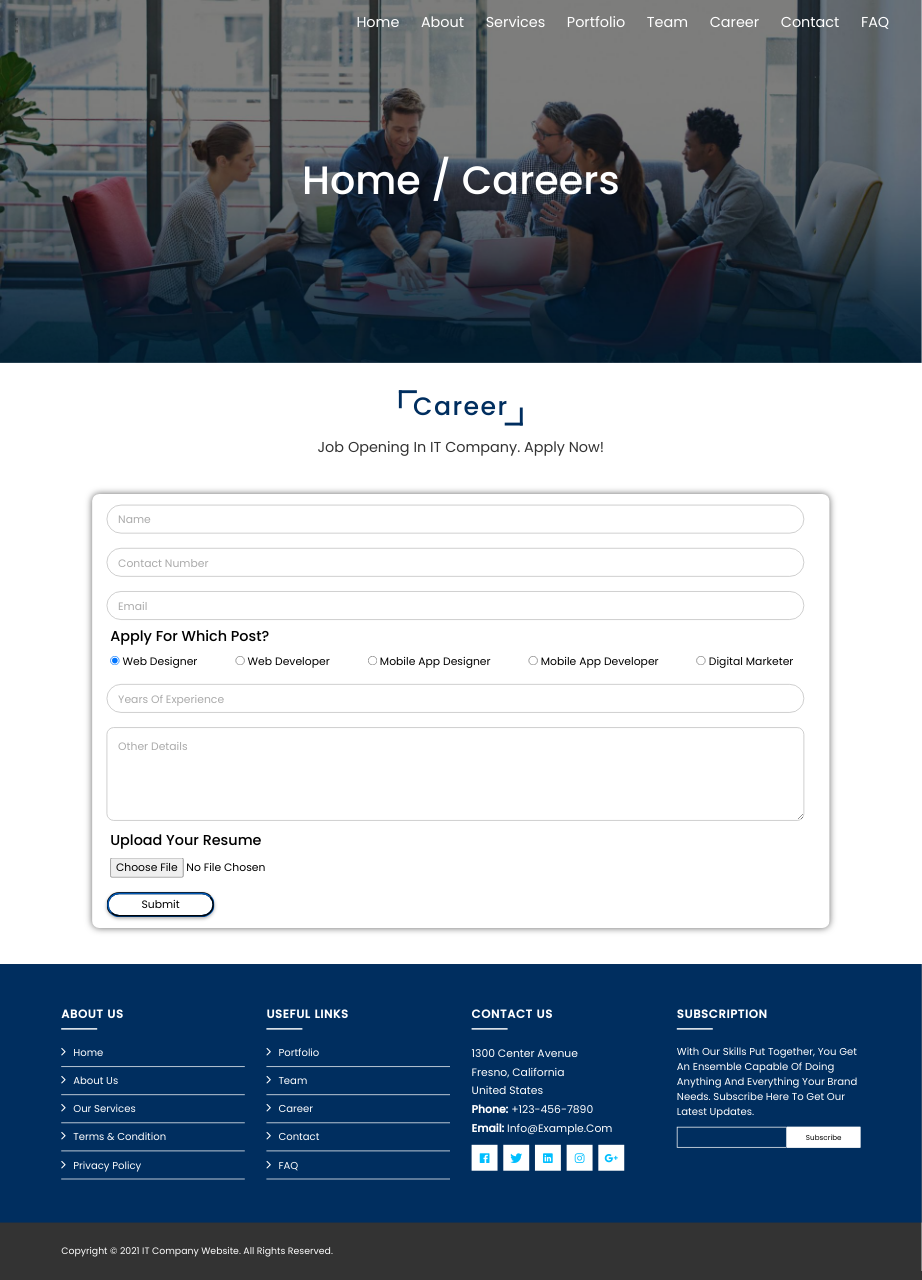
Repository: notyourclose/IT-Company-Website
Page: careers.html
An editor plug-in stored every save of this project. The page is shown before and after a run of saves, followed by the edit.
The browser window is 1280 px wide. The pictures show the whole page, at 72% of full size.

Above is the page before, as saved 2025-11-09 15:11:17.

### careers.html
<!DOCTYPE html>
<html lang="en">
<head>
    <meta charset="UTF-8">
    <meta http-equiv="X-UA-Compatible" content="IE=edge">
    <meta name="viewport" content="width=device-width, initial-scale=1.0">
    <title>IT Company Website</title>
    <link rel="stylesheet" href="./css/careers.css">
    <link rel="stylesheet" href="https://cdnjs.cloudflare.com/ajax/libs/font-awesome/5.15.3/css/all.min.css">
    <script src="https://cdnjs.cloudflare.com/ajax/libs/jquery/3.6.0/jquery.min.js"></script>
    <link rel="icon" href="./images/image.png">
    <link rel="stylesheet" href="https://cdnjs.cloudflare.com/ajax/libs/twitter-bootstrap/4.1.3/css/bootstrap.min.css">
    <link rel="stylesheet" href="https://cdnjs.cloudflare.com/ajax/libs/ionicons/2.0.1/css/ionicons.min.css">
    <link rel="stylesheet" href="https://cdn.jsdelivr.net/npm/bootstrap@4.5.3/dist/css/bootstrap.min.css" integrity="sha384-TX8t27EcRE3e/ihU7zmQxVncDAy5uIKz4rEkgIXeMed4M0jlfIDPvg6uqKI2xXr2" crossorigin="anonymous">
    <link rel="stylesheet" href="https://stackpath.bootstrapcdn.com/font-awesome/4.7.0/css/font-awesome.min.css" integrity="sha384-wvfXpqpZZVQGK6TAh5PVlGOfQNHSoD2xbE+QkPxCAFlNEevoEH3Sl0sibVcOQVnN" crossorigin="anonymous">
    <link href="lib/bootstrap/css/bootstrap.min.css" rel="stylesheet">
    <link href="lib/ionicons/css/ionicons.min.css" rel="stylesheet">
    <link href="lib/owlcarousel/assets/owl.carousel.min.css" rel="stylesheet">
    <link href="lib/lightbox/css/lightbox.min.css" rel="stylesheet">
    <script src="./js/main.js"></script>
</head>
<body>
    <header class="header">
        <a href="#" class="logo"><img src="./images/image.png" alt=""></a>
        <div class="fas fa-bars"></div>
        <nav class="navbar">
            <ul>
                <li><a href="index.html#home">home</a></li>
                <li><a href="index.html#about">about</a></li>
                <li><a href="index.html#service">services</a></li>
                <li><a href="index.html#portfolio">portfolio</a></li>
                <li><a href="index.html#team">team</a></li>
                <li><a href="careers.html">career</a></li>
                <li><a href="index.html#contact">contact</a></li>
                <li><a href="index.html#faq">FAQ</a></li>
            </ul>
        </nav>
    </header>

    <section id="home" class="home">
        <h2>Home / Careers</h2>
    </section>

    <section id="career-heading" class="career-heading">
        <h1 class="heading">Career</h1>
        <p>Job Opening in IT Company. Apply Now!</p>
    </section>
    <div class="career">
        <div class="career-form">
            <form action="./careers.php" method="POST" enctype="multipart/form-data">
                <input type="text" name="name" placeholder="Name" class="career-form-txt" required>
                <input type="tel" id="phone" name="phone" pattern="[0-9]{10}" required placeholder="Contact number" maxlength="10" class="career-form-phone">
                <input type="email" name="email" placeholder="Email" class="career-form-email" required>
                <div class="radio-class">
                    <h2 class="name">Apply For Which Post?</h2>
                <label class="radio">
                  <input class="radio-one" type="radio" checked="checked" name="status" value="Web Designer">
                  <span class="checkmark"></span>
                  Web Designer
                </label>
                <label class="radio">
                  <input class="radio-two" type="radio" name="status" value="Web Developer">
                  <span class="checkmark"></span>
                  Web Developer
                </label>
                <label class="radio">
                  <input class="radio-three" type="radio" name="status" value="Mobile App Designer">
                  <span class="checkmark"></span>
                  Mobile App Designer
                </label>
                <label class="radio">
                    <input class="radio-four" type="radio" name="status" value="Mobile App Developer">
                    <span class="checkmark"></span>
                    Mobile App Developer
                  </label>
                <label class="radio">
                  <input class="radio-five" type="radio"  name="status" value="Digital Marketer">
                  <span class="checkmark"></span>
                  Digital Marketer
                </label>
                </div>
                <input type="number" id="experience" name="experience" required placeholder="Years of Experience" class="career-form-experience">
                <textarea placeholder="Other Details" name="details" class="career-form-txtarea" required></textarea>
                <div class="file">
                    <h2 class="name">Upload Your Resume</h2>
                    <input class="upload" type="file" name="fileToUpload" accept=".doc,.docx,.pdf"><br><br><br>
                </div>
                <input type="submit" value="Submit" name="submit" class="career-form-btn">
            </form>
        </div>
    </div>

      <div class="footer">
        <div class="footer-top">
            <div class="container">
                <div class="row">
                    <div class="col-lg-3 col-md-6 footer-links">
                        <h4>About Us</h4>
                        <ul>
                            <li><i class="ion-ios-arrow-forward"></i> <a href="index.html#home">Home</a></li>
                            <li><i class="ion-ios-arrow-forward"></i> <a href="index.html#about">About us</a></li>
                            <li><i class="ion-ios-arrow-forward"></i> <a href="index.html#service">Our services</a></li>
                            <li><i class="ion-ios-arrow-forward"></i> <a href="index.html#home">Terms & condition</a></li>
                            <li><i class="ion-ios-arrow-forward"></i> <a href="index.html#home">Privacy policy</a></li>
                        </ul>
                    </div>

                    <div class="col-lg-3 col-md-6 footer-links">
                        <h4>Useful Links</h4>
                        <ul>
                            <li><i class="ion-ios-arrow-forward"></i> <a href="index.html#portfolio">Portfolio</a></li>
                            <li><i class="ion-ios-arrow-forward"></i> <a href="index.html#team">Team</a></li>
                            <li><i class="ion-ios-arrow-forward"></i> <a href="careers.html">Career</a></li>
                            <li><i class="ion-ios-arrow-forward"></i> <a href="index.html#contact">Contact</a></li>
                            <li><i class="ion-ios-arrow-forward"></i> <a href="index.html#faq">FAQ</a></li>
                        </ul>
                    </div>

                    <div class="col-lg-3 col-md-6 footer-contact" style="font-size: 1.5rem;">
                        <h4>Contact Us</h4>
                        <p>
                            1300  Center Avenue<br>
                            Fresno, California<br>
                            United States <br>
                            <strong>Phone:</strong> +123-456-7890<br>
                            <strong>Email:</strong> info@example.com<br>
                        </p>

                        <div class="social-links">
                            <a href="https://www.facebook.com/"><i class="ion-logo-facebook"></i></a>
                            <a href="https://twitter.com/login?lang=en"><i class="ion-logo-twitter"></i></a>
                            <a href="https://www.linkedin.com/"><i class="ion-logo-linkedin"></i></a>
                            <a href="https://www.instagram.com/"><i class="ion-logo-instagram"></i></a>
                            <a href="https://accounts.google.com/servicelogin/signinchooser?flowName=GlifWebSignIn&flowEntry=ServiceLogin"><i class="ion-logo-googleplus"></i></a>
                        </div>

                    </div>

                    <div class="col-lg-3 col-md-6 footer-newsletter">
                        <h4>Subscription</h4>
                        <p>With Our Skills Put Together, You Get An Ensemble Capable Of Doing Anything And Everything Your Brand Needs. Subscribe Here To Get Our Latest Updates.</p>
                        <form action="" method="post">
                            <input type="email" name="email"><input type="submit"  value="Subscribe">
                        </form>
                    </div>

                </div>
            </div>
        </div>

        <div class="container">
            <div class="row align-items-center">
                <div class="col-md-6 copyright" style="color: #fff; font-size: 1.3rem;">
                    Copyright &copy; 2021 IT Company Website. All Rights Reserved.
                </div>
            </div>
        </div>
    </div>

    <a href="#" class="back-to-top"><i class="ion-ios-arrow-up"></i></a>

    <script src="lib/jquery/jquery.min.js"></script>
    <script src="lib/jquery/jquery-migrate.min.js"></script>
    <script src="lib/bootstrap/js/bootstrap.bundle.min.js"></script>
    <script src="lib/easing/easing.min.js"></script>
    <script src="lib/waypoints/waypoints.min.js"></script>
    <script src="lib/counterup/counterup.min.js"></script>
    <script src="lib/owlcarousel/owl.carousel.min.js"></script>
    <script src="lib/lightbox/js/lightbox.min.js"></script>

</body>
</html>

### css/careers.css
@import url('https://fonts.googleapis.com/css2?family=Poppins:ital,wght@0,200;0,300;0,400;0,500;1,100;1,300;1,400;1,500&display=swap');

*{
    font-family: 'Poppins', sans-serif;
    margin: 0;
    padding: 0;
    box-sizing: border-box;
    text-transform: capitalize;
    transition: all .2s linear;
    text-decoration: none;
}

html{
    font-size: 62.5%;
}

body{
    overflow-x: hidden;
}

.header{
    display: flex;
    align-items: center;
    justify-content: space-between;
    width: 100%;
    padding: 1rem 2rem;
    position: fixed;
    top: 0;
    left: 0;
    z-index: 100;
    position: fixed;
}

.header .logo img{
    width: 20%;
    height: 3rem;
    top: 0;
    left: 0;
}

.header .navbar ul{
    list-style-type: none;
    display: flex;
    align-items: center;
    justify-content: space-around;
}

.header .navbar ul li{
    margin: 0 1.5rem;
}

.header .navbar ul li a{
    font-size: 2rem;
    color: #fff;
}

.header .navbar ul li a:hover{
    color: #00bfff;
    text-decoration: underline;
}

.header .logo i{
    padding: 0.5rem;
}

.header .fa-bars{
    color: #fff;
    cursor: pointer;
    font-size: 3rem;
    display: none;
}

.home{
    min-height: 70vh;
    width: 100vw;
    background-image: url(../images/img3.jpg);
    background-size: cover;
    display: flex;
    align-items: center;
    justify-content: center;
    flex-flow: column;
    text-align: center;
    padding: 0 1rem;
    position: relative;
    overflow: hidden !important;
}

.home h2{
    color: #fff;
    font-size: 5.5rem;
}

.career-heading{
    text-align: center;
}

.heading{
    padding-top: 6rem;
    display: inline-block;
    font-size: 3.5rem;
    color: #002e5f;
    position: relative;
    letter-spacing: .2rem;
    margin: -2rem auto 2rem auto;
}

.career-heading p{
    font-size: 2rem;
    color: #333;
}

.heading::before, .heading::after{
    content: '';
    position: absolute;
    height: 2.5rem;
    width: 2.5rem;
    border-top: .4rem solid #002e5f;
    border-left: .4rem solid #002e5f;
}

.heading::before{
    top: 5.8rem;
    left: -2rem;
}

.heading::after{
    bottom: -.5rem;
    right: -2rem;
    transform: rotate(180deg);
}

.career
		{
			width: 80%;
			height: auto;
			margin: 5rem auto 5rem auto;
			display: flex;
			flex-wrap: wrap;
			padding: 10px;
			border-radius: 10px;
			background: #fff;
			box-shadow: 0px 0px 10px 0px #666;
		}
		.career-form
		{
            margin-top: .5rem;
			width: 100%;
			height: auto;
			flex: 50%;
			text-align: left;
		}
		.career-form-txt, .career-form-experience
		{
            margin-left: 2rem;
			width: 96.5%;
			height: 40px;
			color: #000;
			border: 1px solid #bcbcbc;
			border-radius: 50px;
			outline: none;
			margin-bottom: 20px;
			padding: 15px;
            font-size: 1.5rem;
		}
        .career-form-email
		{
            margin-left: 2rem;
			width: 96.5%;
			height: 40px;
			color: #000;
			border: 1px solid #bcbcbc;
			border-radius: 50px;
			outline: none;
			margin-bottom: 20px;
			padding: 15px;
            font-size: 1.5rem;
		}
		.career-form-txt::placeholder, .career-form-experience::placeholder
		{
			color: #aaa;
            font-size: 1.5rem;
		}
        .career-form-email::placeholder
		{
			color: #aaa;
            font-size: 1.5rem;
		}
        .radio-class
		{
            margin-left: 1rem;
			width: 110%;
            margin-top: -2rem;
			height: 40px;
			color: #000;
			margin-bottom: 5rem;
			padding: 15px;
		}
        .radio
        {
            margin-top: .75rem;
            font-size: 1.5rem;
            margin-right: 9.5rem;
        }
		.career-form-txtarea
		{
            margin-left: 2rem;
			width: 96.5%;
			height: 130px;
			color: #000;
			border: 1px solid #bcbcbc;
			border-radius: 10px;
			outline: none;
			margin-bottom: 20px;
			padding: 15px;
			font-family: 'Poppins', sans-serif;
            font-size: 1.5rem;
		}
		.career-form-txtarea::placeholder
		{
			color: #aaa;
            font-size: 1.5rem;
		}
        .file
		{
            margin-left: 1rem;
			width: 100%;
            margin-top: -2.5rem;
			height: 40px;
			color: #000;
			margin-bottom: 5rem;
			padding: 15px;
		}
        .upload
        {
            margin-top: .75rem;
            font-size: 1.5rem;
            margin-bottom: 1rem;
        }
		.career-form-btn
		{
            margin-left: 2rem;
            outline: none;
            border: none;
            border-radius: 5rem;
            background: white;
            border-style: groove;
            border-color: #002e5f;
            font-size: 1.5rem;
            cursor: pointer;
            height: 3.5rem;
            margin-top: 1rem;
            margin-bottom: .5rem;
            width: 15rem;
            box-shadow: 0 .2rem .5rem rgba(0,0,0,.3);
		}
        .career-form-btn:hover{
            letter-spacing: .1rem;
            opacity: .9;
            color: white;
            background: #002e5f;
        }
		.career-form-phone
		{
            margin-left: 2rem;
			width: 96.5%;
			height: 40px;
			color: #000;
			border: 1px solid #bcbcbc;
			border-radius: 50px;
			outline: none;
			margin-bottom: 20px;
			padding: 15px;
            font-size: 1.5rem;
		}
		.career-form-phone::placeholder
		{
			color: #aaa;
            font-size: 1.5rem;
		}

.footer {
    position: relative;
    padding: 0 0 30px 0;
    background: #333;
}

.footer .footer-top {
    background: #002e5f;
    padding: 60px 0 30px 0;
}

.footer .footer-top .footer-info,
.footer .footer-top .footer-links,
.footer .footer-top .footer-contact,
.footer .footer-top .footer-newsletter {
    margin-bottom: 30px;
}

.footer .footer-top .social-links a {
    font-size: 18px;
    display: inline-block;
    background: #ffffff;
    color: #00bfff;
    line-height: 1;
    padding: 9px 0;
    margin-right: 4px;
    text-align: center;
    width: 36px;
    height: 36px;
    transition: 0.3s;
}

.footer .footer-top .social-links a:hover {
    background: #00bfff;
    color: #ffffff;
}

.footer .footer-top h4 {
    font-size: 16px;
    font-weight: 700;
    color: #ffffff;
    text-transform: uppercase;
    position: relative;
    padding-bottom: 12px;
    margin-bottom: 20px;
    letter-spacing: 1px;
}

.footer .footer-top h4::before {
    content: '';
    position: absolute;
    left: 0;
    bottom: 0;
    height: 0;
    width: 50px;
    border-bottom: 2px solid #ffffff;
}

.footer .footer-top .footer-links ul {
    list-style: none;
    padding: 0;
    margin: 0;
}

.footer .footer-top .footer-links ul i {
    padding-right: 8px;
    color: #ffffff;
    font-size: 16px;
}

.footer .footer-top .footer-links ul li {
    border-bottom: 1px solid #ffffff;
    padding: 7px 0;
}

.footer .footer-top .footer-links ul li:first-child {
    padding-top: 0;
}

.footer .footer-top .footer-links ul a {
    font-size: 14px;
    color: #ffffff;
}

.footer .footer-top .footer-links ul a:hover {
    color: #00bfff;
}

.footer .footer-top .footer-contact p {
    color: #ffffff;
    line-height: 26px;
}

.footer .footer-top .footer-newsletter input[type="email"] {
    padding: 6px 8px;
    width: 60%;
    border: 1px solid #ffffff;
    background: transparent;
    color: #ffffff;
}

.footer .footer-top .footer-newsletter input[type="submit"] {
    border: 0;
    width: 40%;
    padding: 6px 0;
    text-align: center;
    color: black;
    border: 1px solid #ffffff;
    background: #ffffff;
    transition: 0.3s;
    cursor: pointer;
}

.footer .footer-top .footer-newsletter input[type="submit"]:hover {
    color: #ffffff;
    background: #00bfff;
    border: 1px solid #00bfff;
    letter-spacing: .2rem;
}

.footer .footer-top .footer-newsletter p {
    color: #ffffff;
    font-size: 14px;
}

.footer .credit,
.footer .copyright {
    text-align: center;
    padding-top: 30px;
}

.back-to-top {
    position: fixed;
    display: none;
    background-color: #00bfff;
    color: #ffffff;
    width: 45px;
    height: 45px;
    text-align: center;
    line-height: 1;
    font-size: 44px;
    right: 15px;
    bottom: 15px;
    transition: background 0.3s;
    z-index: 9;
}

.back-to-top i {
    color: #ffffff;
}

.back-to-top i:hover {
    color: black;
}

@media (min-width: 768px) {
    .footer .credit {
        text-align: right;
    }

    .footer .copyright {
        text-align: left;
    }
}

@media (max-width: 1000px){
    html{
        font-size: 50%;
    }

    .header .logo img{
        width: 20%;
        height: 3rem;
        top: 0;
        left: 0;
        background-size: cover;
    }

    .header .fa-bars{
        display: block;
        color: 	white;
    }

    .header .fa-bars:hover{
        color: #00bfff;
    }

    .header .navbar{
        position: fixed;
        top: -120%;
        left: 0;
        height: auto;
        width: 100%;
        background-color: white;
        z-index: 1000;
        border-top: .1rem solid rgba(0,0,0,.3);
    }

    .header .navbar ul{
        height: 100%;
        width: 100%;
        flex-flow: column;
    }

    .header .navbar ul li{
        margin: 1rem 0;
    }

    .header .navbar ul li a{
        color: grey;
        font-size: 2.4rem;
    }

    .header .fa-times{
        transform: rotate(90deg);
    }

    .header .nav-toggle{
        top: 5.8rem;
    }

    .home{
        min-height: 60vh;
    }

    .home h2{
        color: #fff;
        font-size: 4rem;
    }

    .back-to-top {
        width: 30px;
        height: 30px;
        font-size: 30px;
    }
}

@media (max-width: 1500px){
    .career
    {
        width: 80%;
        height: auto;
        margin: 5rem auto 5rem auto;
        display: flex;
        flex-wrap: wrap;
        padding: 10px;
        border-radius: 10px;
        background: #fff;
        box-shadow: 0px 0px 10px 0px #666;
    }
    .career-form
    {
        margin-top: .5rem;
        width: 100%;
        height: auto;
        flex: 50%;
        text-align: left;
    }
    .career-form-txt, .career-form-experience
    {
        margin-left: 1rem;
        width: 96.5%;
        height: 40px;
        color: #000;
        border: 1px solid #bcbcbc;
        border-radius: 50px;
        outline: none;
        margin-bottom: 20px;
        padding: 15px;
        font-size: 1.5rem;
    }
    .career-form-email
    {
        margin-left: 1rem;
        width: 96.5%;
        height: 40px;
        color: #000;
        border: 1px solid #bcbcbc;
        border-radius: 50px;
        outline: none;
        margin-bottom: 20px;
        padding: 15px;
        font-size: 1.5rem;
    }
    .career-form-txt::placeholder, .career-form-experience::placeholder
    {
        color: #aaa;
        font-size: 1.5rem;
    }
    .career-form-email::placeholder
    {
        color: #aaa;
        font-size: 1.5rem;
    }
    .radio-class
    {
        margin-left: 0;
        width: 110%;
        margin-top: -2.5rem;
        height: auto;
        color: #000;
        margin-bottom: auto;
        padding: 15px;
    }
    .radio
    {
        font-size: 1.5rem;
        margin-right: 5rem;
    }
    .career-form-txtarea
    {
        margin-left: 1rem;
        width: 96.5%;
        height: 130px;
        color: #000;
        border: 1px solid #bcbcbc;
        border-radius: 10px;
        outline: none;
        margin-bottom: 20px;
        padding: 15px;
        font-family: 'Poppins', sans-serif;
        font-size: 1.5rem;
    }
    .career-form-txtarea::placeholder
    {
        color: #aaa;
        font-size: 1.5rem;
    }
    .file
    {
        margin-left: 0;
        width: 100%;
        margin-top: -2.5rem;
        height: 40px;
        color: #000;
        margin-bottom: 5rem;
        padding: 15px;
    }
    .upload
    {
        margin-top: .75rem;
        font-size: 1.5rem;
        margin-bottom: 1rem;
    }
    .career-form-btn
    {
        margin-left: 1rem;
        outline: none;
        border: none;
        border-radius: 5rem;
        background: white;
        border-style: groove;
        border-color: #002e5f;
        font-size: 1.5rem;
        cursor: pointer;
        height: 3.5rem;
        margin-top: 1rem;
        margin-bottom: .5rem;
        width: 15rem;
        box-shadow: 0 .2rem .5rem rgba(0,0,0,.3);
    }
    .career-form-btn:hover{
        letter-spacing: .1rem;
        opacity: .9;
        color: white;
        background: #002e5f;
    }
    .career-form-phone
    {
        margin-left: 1rem;
        width: 96.5%;
        height: 40px;
        color: #000;
        border: 1px solid #bcbcbc;
        border-radius: 50px;
        outline: none;
        margin-bottom: 20px;
        padding: 15px;
        font-size: 1.5rem;
    }
    .career-form-phone::placeholder
    {
        color: #aaa;
        font-size: 1.5rem;
    }
}

Loaded but not shown: lib/bootstrap/css/bootstrap.min.css (library); lib/ionicons/css/ionicons.min.css (library); lib/owlcarousel/assets/owl.carousel.min.css (common file); lib/lightbox/css/lightbox.min.css (common file); lib/jquery/jquery.min.js (library); lib/jquery/jquery-migrate.min.js (library); lib/bootstrap/js/bootstrap.bundle.min.js (library); lib/easing/easing.min.js (common file); lib/waypoints/waypoints.min.js (library); lib/counterup/counterup.min.js (common file); lib/owlcarousel/owl.carousel.min.js (library); lib/lightbox/js/lightbox.min.js (library); js/main.js (77 lines, source omitted)

After the next 2 saves:
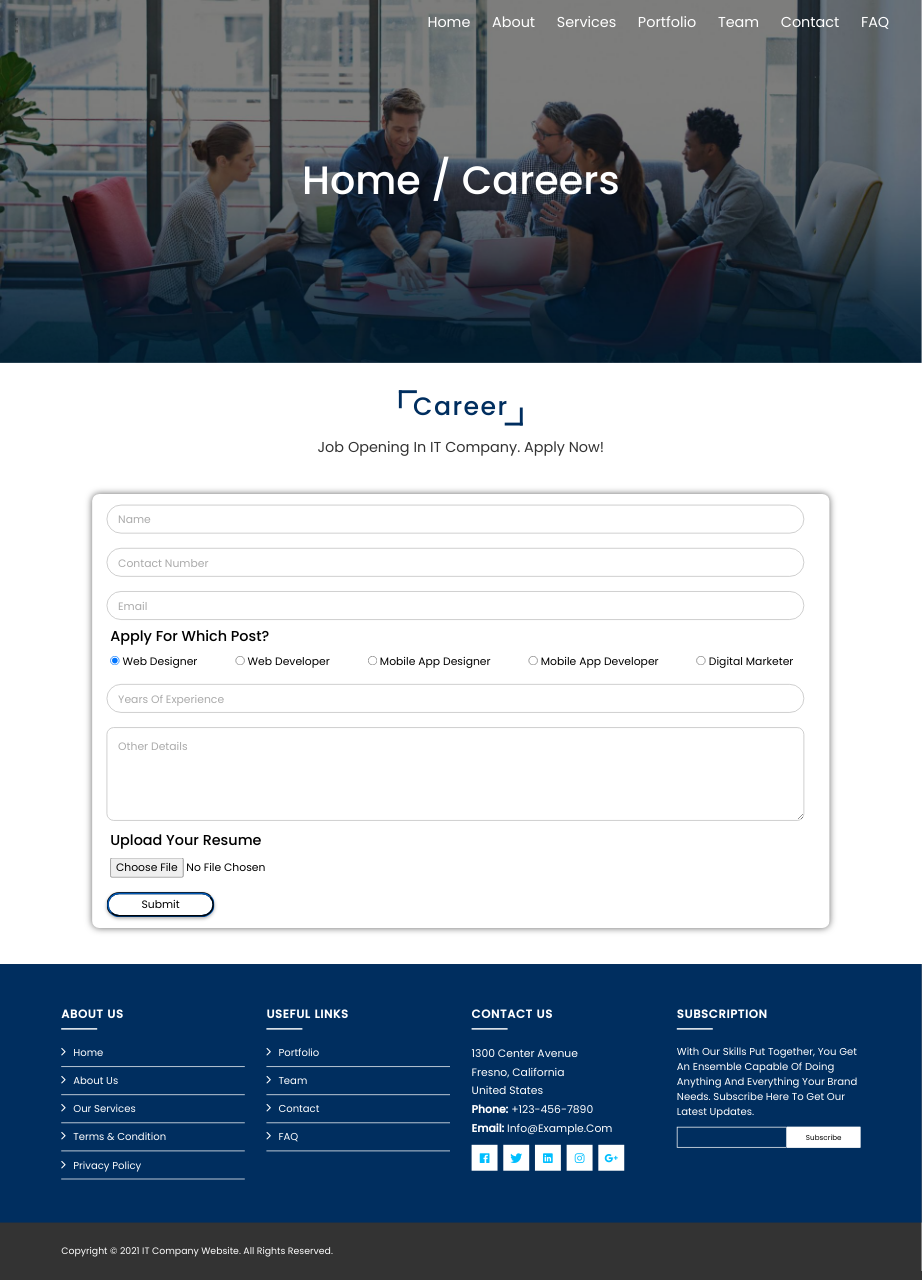
The 2 saves are shown as one change because they came seconds apart.
The last was saved 4 s later.
--- a/careers.html
+++ b/careers.html
@@ -30,7 +30,7 @@
                 <li><a href="index.html#service">services</a></li>
                 <li><a href="index.html#portfolio">portfolio</a></li>
                 <li><a href="index.html#team">team</a></li>
-                <li><a href="careers.html">career</a></li>
+                <!-- <li><a href="careers.html">career</a></li> -->
                 <li><a href="index.html#contact">contact</a></li>
                 <li><a href="index.html#faq">FAQ</a></li>
             </ul>
@@ -110,7 +110,7 @@
                         <ul>
                             <li><i class="ion-ios-arrow-forward"></i> <a href="index.html#portfolio">Portfolio</a></li>
                             <li><i class="ion-ios-arrow-forward"></i> <a href="index.html#team">Team</a></li>
-                            <li><i class="ion-ios-arrow-forward"></i> <a href="careers.html">Career</a></li>
+                            <!-- <li><i class="ion-ios-arrow-forward"></i> <a href="careers.html">Career</a></li> -->
                             <li><i class="ion-ios-arrow-forward"></i> <a href="index.html#contact">Contact</a></li>
                             <li><i class="ion-ios-arrow-forward"></i> <a href="index.html#faq">FAQ</a></li>
                         </ul>
